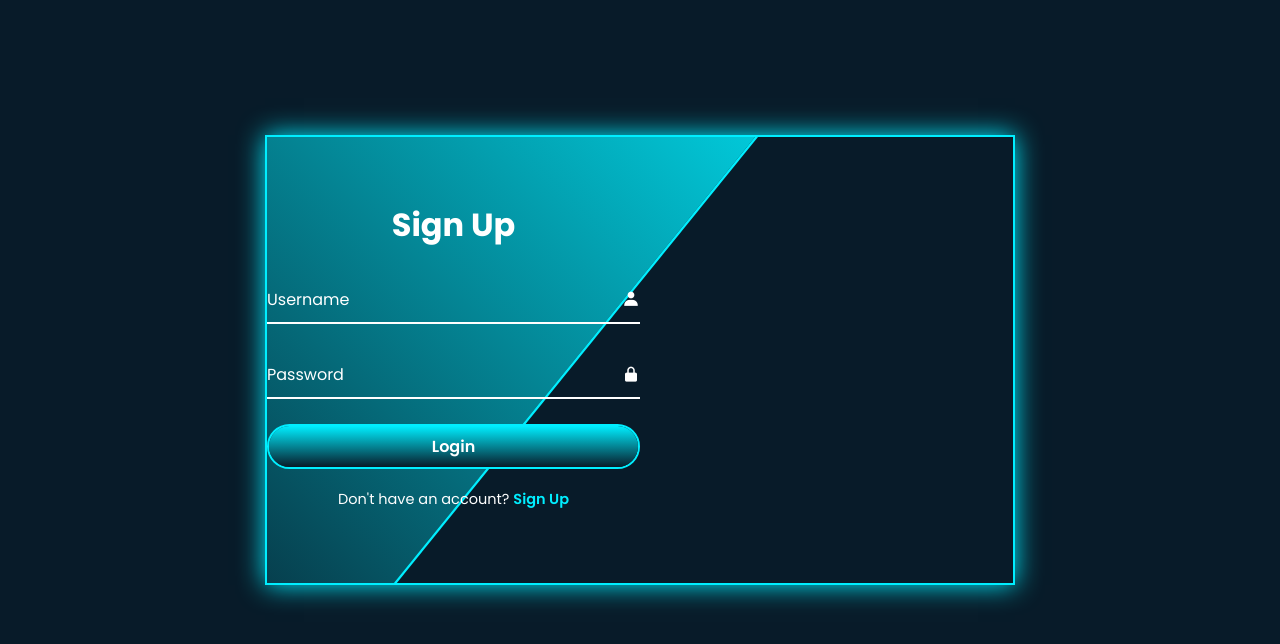
Repository: swastikjhacoder/Login-Registration-HTML
Page: index.html
An editor plug-in stored every save of this project. The page is shown before and after the next save, followed by the edit.
The browser window is 1280 px wide. The pictures show the whole page.

Above is the page before, as saved 2023-09-18 15:57:51.
Not found: js/toastify.js

After the next save:
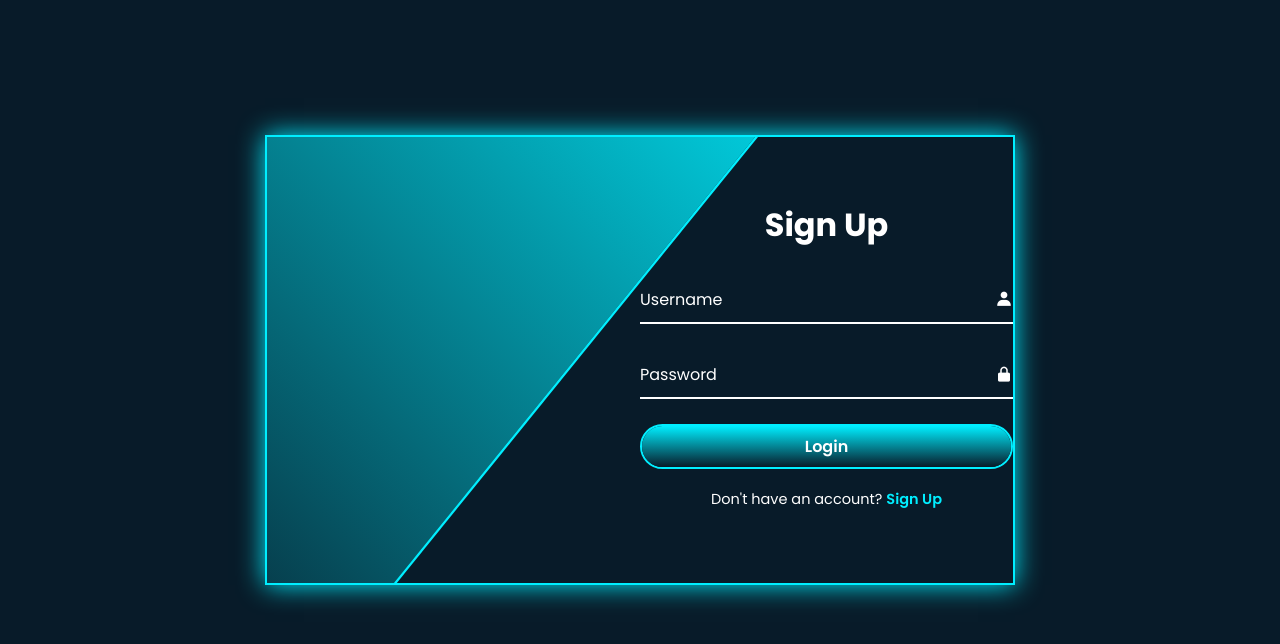
Saved 21 s later.
--- a/style.css
+++ b/style.css
@@ -41,7 +41,7 @@ body {
     display: none;
 }
 
-.wrapper .form-box .register {
+.wrapper .form-box.register {
     right: 0;
 }
 
